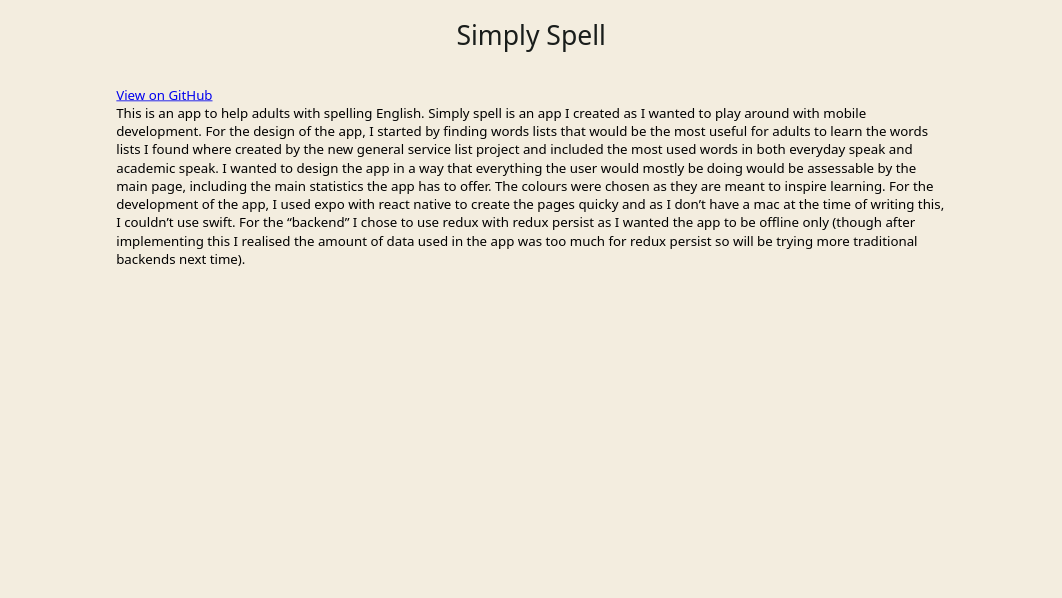
Repository: David-Waite/simpleespellwebsite
Page: /
An editor plug-in stored every save of this project. The page is shown before and after the next save, followed by the edit.
The browser window is 1280 px wide. The pictures show the whole page, at 83% of full size.
The project was rebuilt for these pictures with package versions that can differ from the ones it lists, and the page was loaded fresh each time.

Above is the page before, as saved 2023-07-27 19:20:11.

### src/index.css
* {
  margin: 0;
  padding: 0;
  font-family: system-ui, -apple-system, BlinkMacSystemFont, "Segoe UI", Roboto,
    Oxygen, Ubuntu, Cantarell, "Open Sans", "Helvetica Neue", sans-serif;
}

body {
  background-color: #f3eddf;

  padding: 20px;
}

.container {
  display: flex;
  flex-direction: column;
  align-items: center;
  max-width: 1000px;
  margin: 0 auto;
  overflow: hidden;
  gap: 40px;
}

h1 {
  text-align: center;
  font-weight: 300;
  color: #191d1b;
}

.each-slide-effect > div {
  display: flex;
  align-items: center;
  justify-content: center;
  background-size: cover;
  height: 350px;
}

.each-slide-effect span {
  padding: 20px;
  font-size: 20px;
  background: #efefef;
  text-align: center;
}

### src/App.js
import React from "react";
import { Slide } from "react-slideshow-image";

export default function App() {
  const images = [
    "../simplySpell1.PNG",
    "../simplySpell2.PNG",
    "../simplySpell3.PNG",
    "../simplySpell4.PNG",
    "../simplySpell5.PNG",
    "../simplySpell6.PNG",
    "../simplySpell7.PNG",
    "../simplySpell8.PNG",
    "../simplySpell9.PNG",
  ];

  return (
    <div className="container">
      <h1>Simply Spell</h1>

      <div>
        <a href="https://github.com/David-Waite/SpellingApp">View on GitHub</a>
        <p>
          This is an app to help adults with spelling English. Simply spell is
          an app I created as I wanted to play around with mobile development.
          For the design of the app, I started by finding words lists that would
          be the most useful for adults to learn the words lists I found where
          created by the new general service list project and included the most
          used words in both everyday speak and academic speak. I wanted to
          design the app in a way that everything the user would mostly be doing
          would be assessable by the main page, including the main statistics
          the app has to offer. The colours were chosen as they are meant to
          inspire learning. For the development of the app, I used expo with
          react native to create the pages quicky and as I don’t have a mac at
          the time of writing this, I couldn’t use swift. For the “backend” I
          chose to use redux with redux persist as I wanted the app to be
          offline only (though after implementing this I realised the amount of
          data used in the app was too much for redux persist so will be trying
          more traditional backends next time).
        </p>
      </div>
    </div>
  );
}

Loaded but not shown: public/index.html (common file); src/index.js (common file); src/reportWebVitals.js (common file)

After the next save:
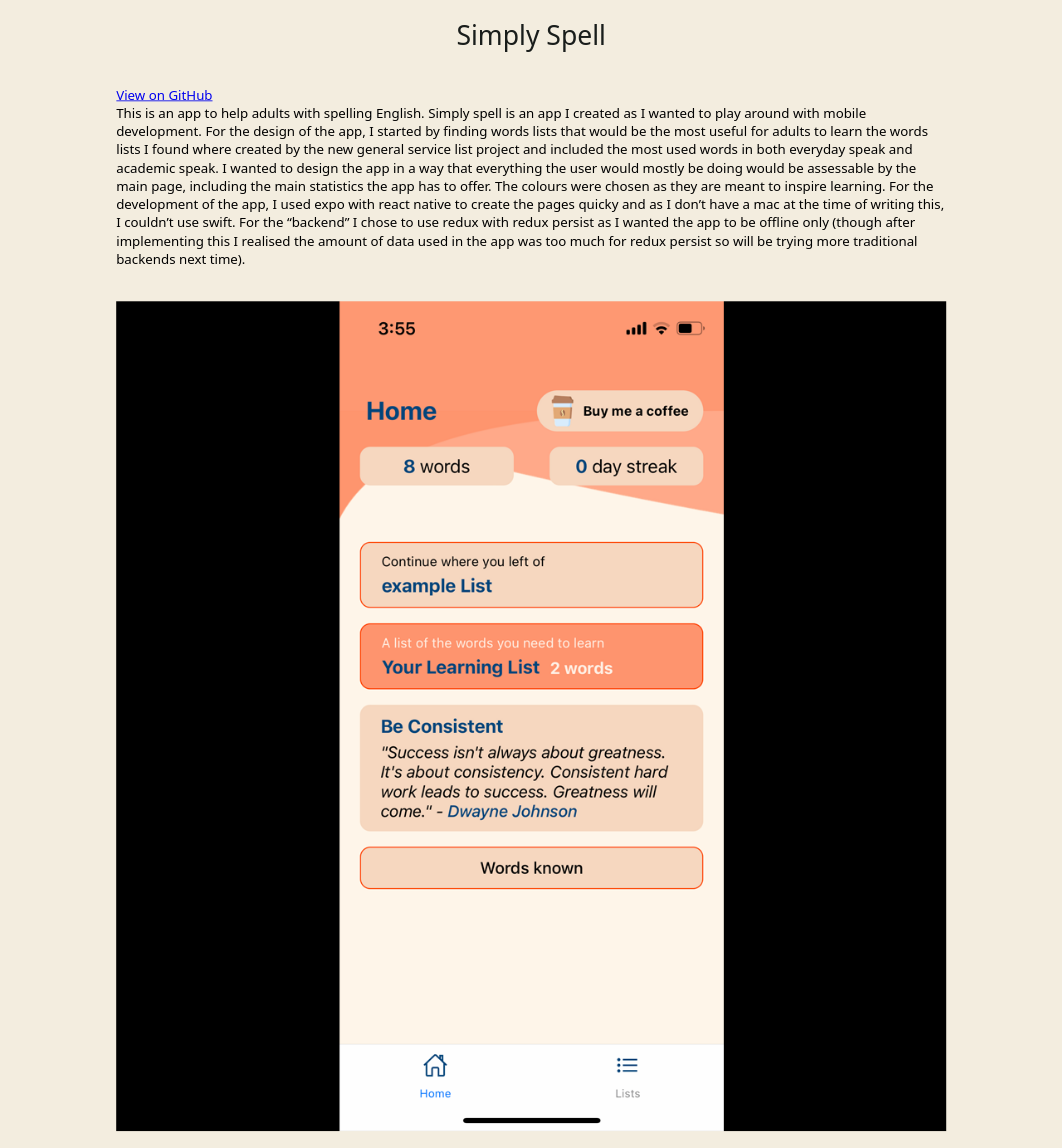
Saved 16 s later.
--- a/src/App.js
+++ b/src/App.js
@@ -39,6 +39,7 @@ export default function App() {
           more traditional backends next time).
         </p>
       </div>
+      <img src={images[0]} />
     </div>
   );
 }
